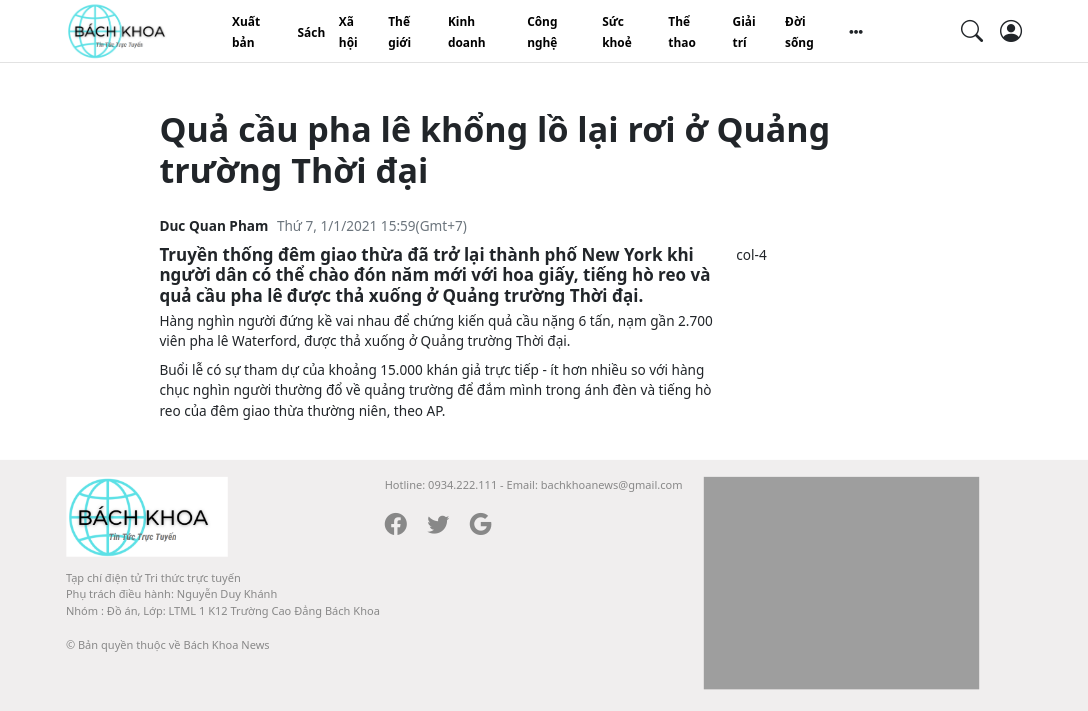
Repository: khanh2324/Java_Web
Page: WebContent/home-new/index.html
An editor plug-in stored every save of this project. The page is shown before and after the next save, followed by the edit.
The browser window is 1280 px wide. The pictures show the whole page, at 85% of full size.
Pictures or frames that could not be fetched are drawn as grey boxes. Some web libraries are served in a nearby version.

Above is the page before, as saved 2022-01-01 16:20:31.

After the next save:
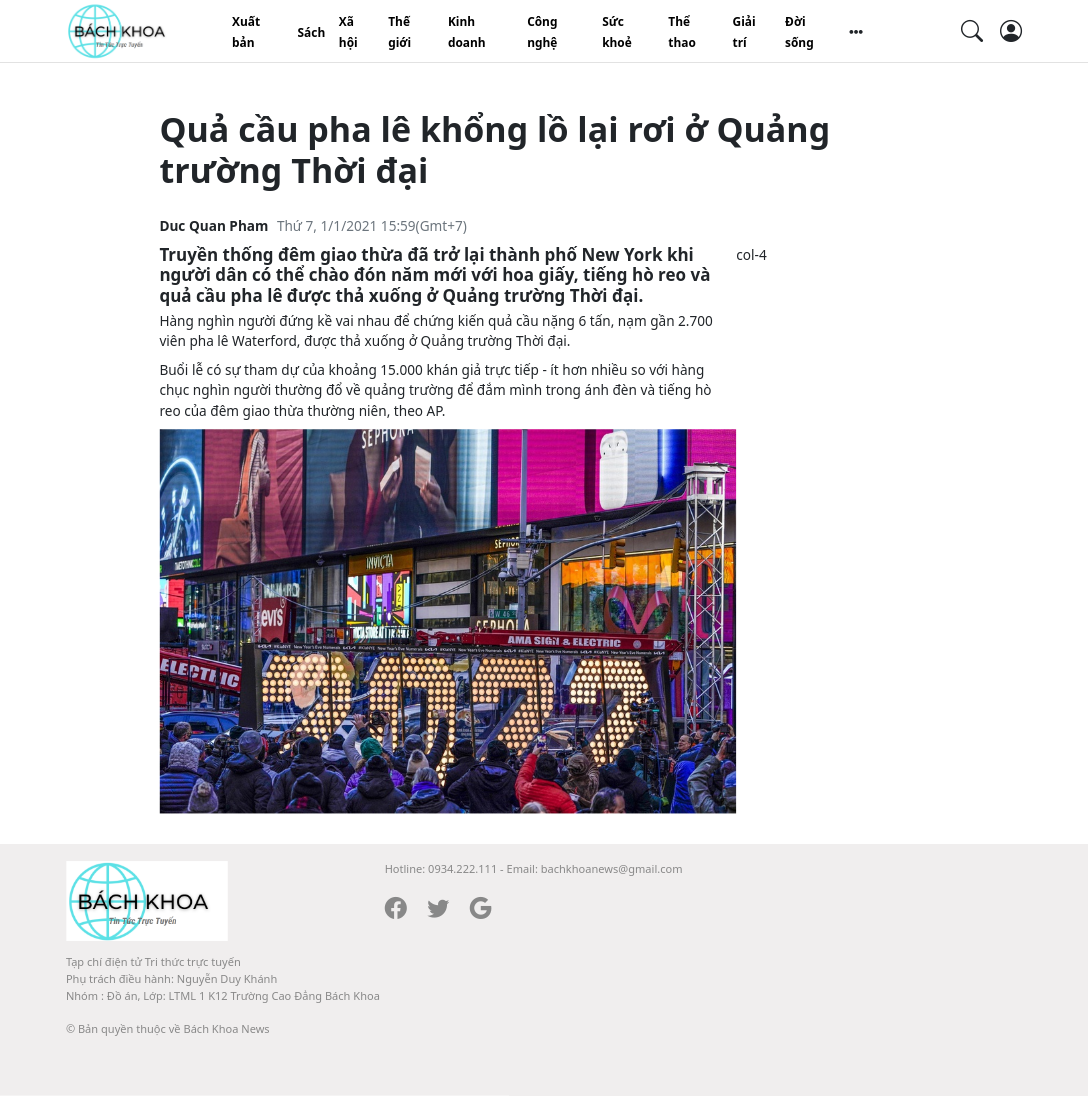
Saved 82 s later.
--- a/WebContent/home-new/index.html
+++ b/WebContent/home-new/index.html
@@ -417,10 +417,10 @@
                             </p>
                             <p>
                                 Buổi lễ có sự tham dự của khoảng 15.000 khán giả trực tiếp - ít hơn nhiều so với hàng chục nghìn người thường đổ về quảng trường để đắm mình trong ánh đèn và tiếng hò reo của đêm giao thừa thường niên, theo AP.</p>
-                        </div>
-                        <div class="category-img">
-                            <img src="./img/newyourk.webp" alt="">
-                        </div>
+                                <div class="category-img">
+                                    <img src="./img/newyourk.webp" alt="">
+                                </div>
+                            </div>
 
                         <div class="col-3">col-4</div>
                 </div>
